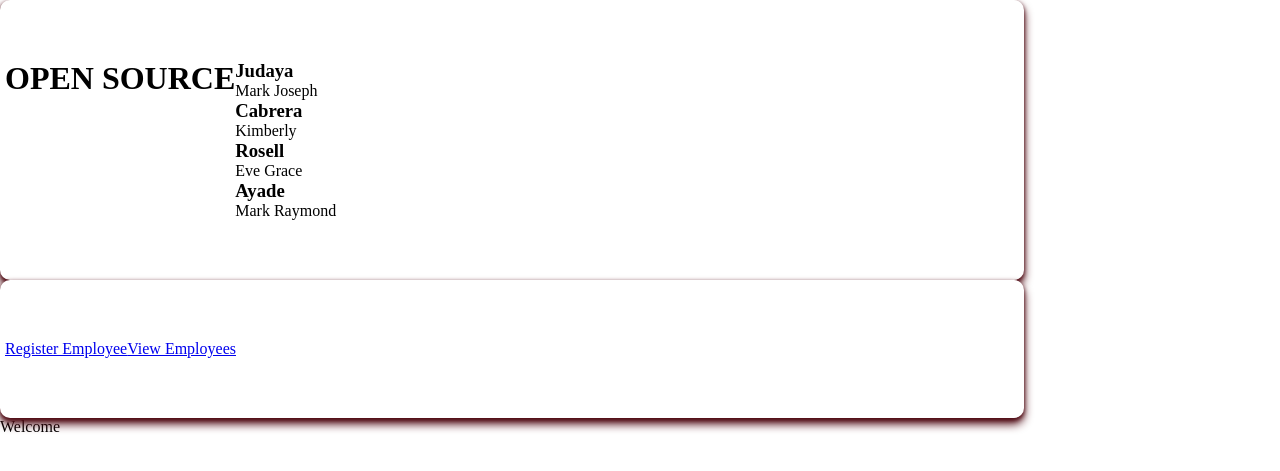
Repository: azkalonz/Int-Prog-2
Page: http://localhost/Int_Prog_2/
The author's editor kept a copy of each file at every save. The page is drawn from the files as they stood at one save, then again after the next save.
The browser window is 1280 px wide. The pictures show the whole page.
The page is served by Tomcat 9.

Above is the page before, as saved 2021-03-30 05:35:28.

After the next save:
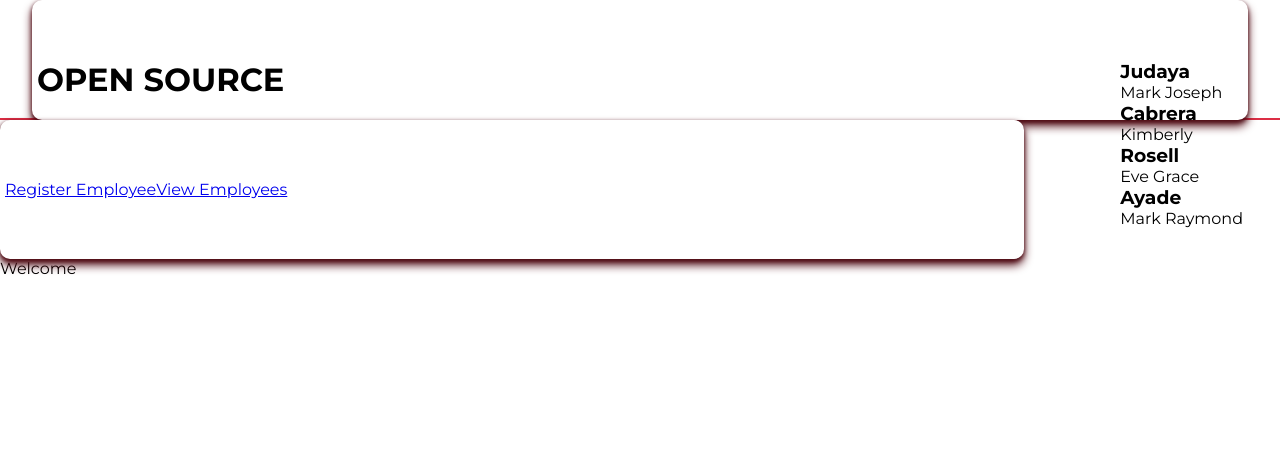
Saved 13 s later.
--- a/Int Prog 2/WebContent/css/style.css
+++ b/Int Prog 2/WebContent/css/style.css
@@ -4,6 +4,62 @@
   margin: 0;
   padding: 0;
   box-sizing: border-box;
+}
+
+body {
+  font-family: "Montserrat";
+  font-size: 100%;
+}
+
+header {
+  display: flex;
+  justify-content: center;
+  width: 100%;
+  height: 120px;
+  position: relative;
+  border-bottom: 2px solid rgb(220, 46, 69);
+}
+
+header .container {
+  display: flex;
+  justify-content: space-between;
+  width: 95%;
+  max-width: 1300px;
+}
+
+header .container .logo-con {
+  padding-top: 5px;
+}
+
+header .container .logo-con img {
+  height: 100px;
+}
+
+header .container .account-con {
+  display: flex;
+  align-items: center;
+}
+
+header .account-con .button {
+  width: 90px;
+  height: 30px;
+  margin-left: 20px;
+  border: none;
+  background: rgb(220, 46, 69);
+  box-shadow: 0 1px 2px 0 rgba(122, 7, 22, 0.783),
+    0 1px 2px 0 rgba(122, 7, 22, 0.783);
+  cursor: pointer;
+  color: white;
+  font-family: "Montserrat";
+  font-weight: bold;
+  font-size: 12px;
+  border-radius: 2px;
+  line-height: 30px;
+  text-align: center;
+}
+
+header .account-con .button:hover {
+  background: rgb(187, 32, 53);
 }
 
 .login-container {
